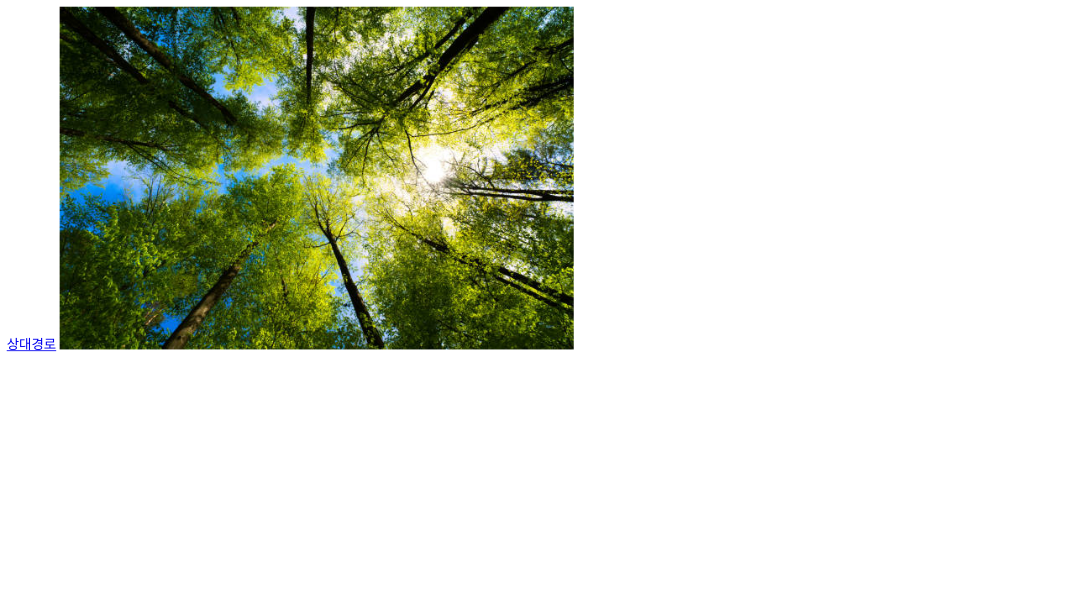
Repository: Muji1412/JSPstudy
Page: http://localhost/JSPbasic/path/example/quiz.jsp
These files come from the project's save history. The page is drawn as it stood at one moment and after the next save; the edit follows.
The browser window is 1280 px wide. The page is 1280 px wide, then 1288 px, so the pictures cover 1288 px, including what lies to the right of the window. The pictures show the whole page, at 84% of full size.
The page is served by Tomcat 9. Nobody is signed in. The application's start-up code is not run. Other server files are loaded and not shown.

Above is the page before, as saved 2025-02-21 06:49:06.

### workspace/JSPbasic/src/main/webapp/path/example/quiz.jsp
<%@ page language="java" contentType="text/html; charset=UTF-8"
    pageEncoding="UTF-8"%>
<!DOCTYPE html>
<html>
<head>
<meta charset="UTF-8">
<title>Insert title here</title>
</head>
<body>
	<a href="../../request/req_get_ex01.jsp">상대경로</a>
	<img src ="../../html/img/a.jpg">

</body>
</html>

After the next save:
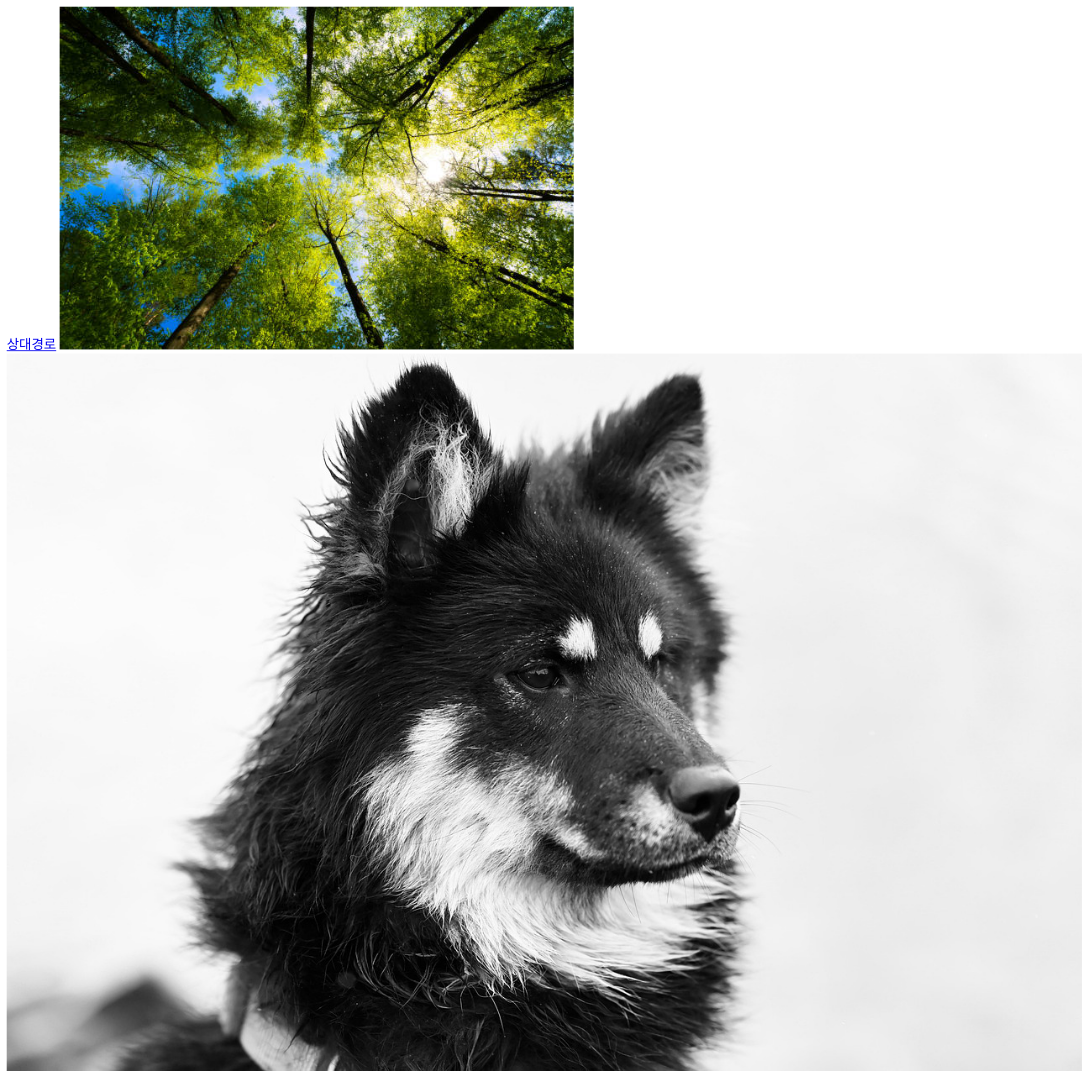
Saved 9 s later.
--- a/workspace/JSPbasic/src/main/webapp/path/example/quiz.jsp
+++ b/workspace/JSPbasic/src/main/webapp/path/example/quiz.jsp
@@ -9,6 +9,7 @@
 <body>
 	<a href="../../request/req_get_ex01.jsp">상대경로</a>
 	<img src ="../../html/img/a.jpg">
+	<img src ="../../html/img/b.jpg">
 
 </body>
 </html>
